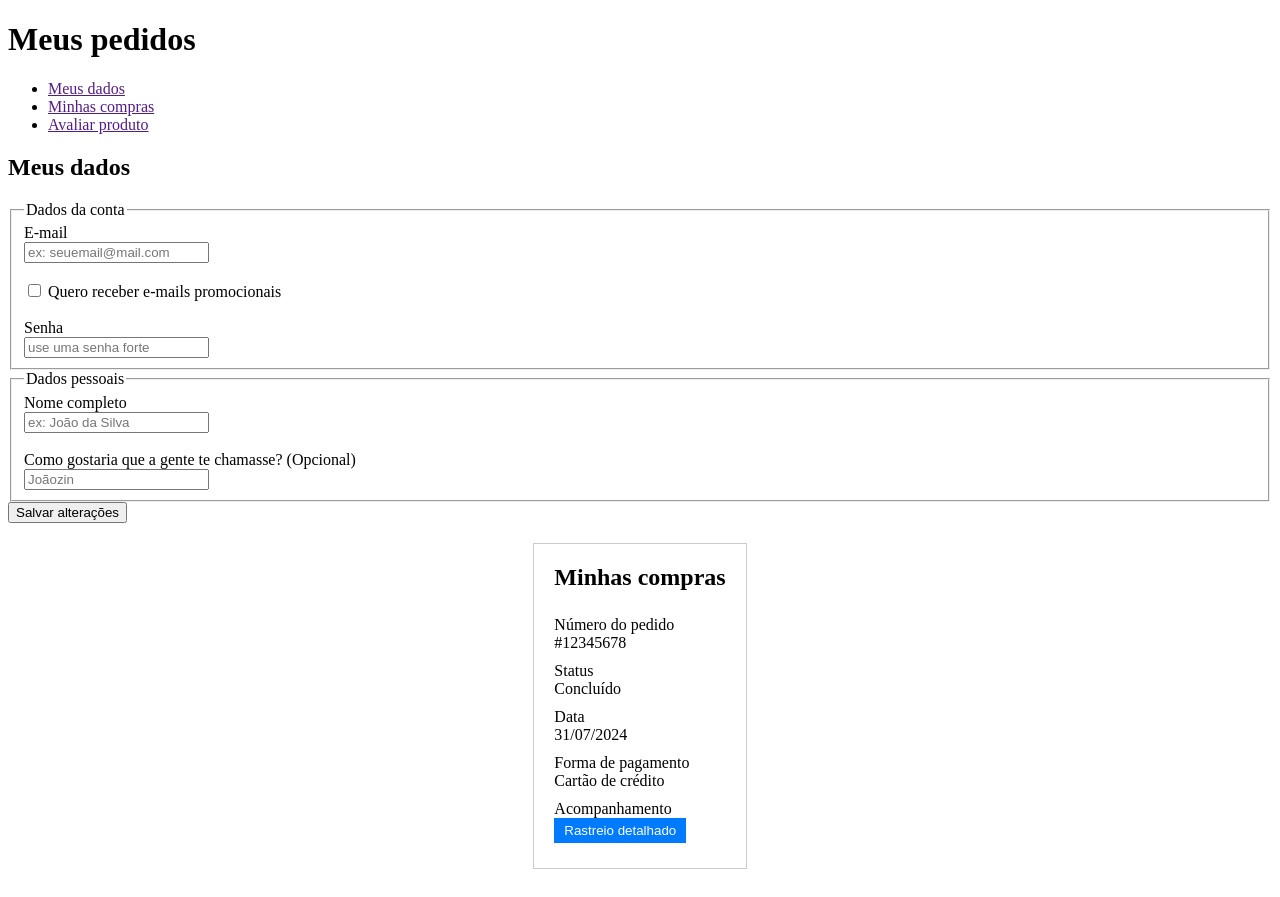
Repository: claudemir-camargo/site-compras
Page: index.html
An editor plug-in stored every save of this project. The page is shown before and after the next save, followed by the edit.
The browser window is 1280 px wide. The pictures show the whole page.

Above is the page before, as saved 2024-03-03 14:31:50.

### index.html
<!DOCTYPE html>
<html lang="en">
<head>
    <meta charset="UTF-8">
    <meta name="viewport" content="width=device-width, initial-scale=1.0">
    <link rel="stylesheet" type="text/css" href="css/style.css"/>
    <title>Site de Compras</title>
</head>
<body>
    <h1>Meus pedidos</h1>
    <ul>
        <li><a href="">Meus dados</a></li>
        <li><a href="">Minhas compras</a></li>
        <li><a href="">Avaliar produto</a></li>
    </ul>
    <h2>Meus dados</h2>
    <!-- Conta -->
    <fieldset>
        <legend>Dados da conta</legend>
        <form>
            <label>E-mail</label><br>
            <input type="email" id="email" name="email" placeholder="ex: seuemail@mail.com"><br><br>
            <input type="checkbox">
            <label>Quero receber e-mails promocionais</label><br><br>
            <label>Senha</label><br>
            <input type="password" placeholder="use uma senha forte">
        </form>
    </fieldset>
    <!-- Pessoais -->
    <fieldset>
        <legend>Dados pessoais</legend>
        <form>
            <label>Nome completo</label><br>
            <input type="text" placeholder="ex: João da Silva"><br><br>
            <label>Como gostaria que a gente te chamasse? (Opcional) </label><br>
            <input type="text" placeholder="Joãozin">
        </form>
    </fieldset>
    <button type="button">Salvar alterações</button>
    <!-- MInhas compras -->
    <div class="container">
        <div class="order-details">
            <h2>Minhas compras</h2>
            <div class="details">
                <p>Número do pedido<br>#12345678</p>
                <p>Status<br>Concluído</p>
                <p>Data<br>31/07/2024</p>
                <p>Forma de pagamento<br>Cartão de crédito</p>
                <p>Acompanhamento<br><button>Rastreio detalhado</button></p>
            </div>
        </div>
    </div>


</body>
</html>

### css/style.css
.container {
    display: flex;
    justify-content: center;
}

.order-details {
    border: 1px solid #ccc;
    padding: 20px;
    margin: 20px;
}

.order-details h2 {
    margin-top: 0;
}

.order-details fieldset {
    border: none;
    padding: 0;
    margin: 0;
}

.order-details p {
    margin: 0;
    padding: 5px 0;
}

.order-details button {
    background-color: #007bff;
    color: #fff;
    border: none;
    padding: 5px 10px;
    cursor: pointer;
}

.order-details button:hover {
    background-color: #0056b3;
}

After the next save:
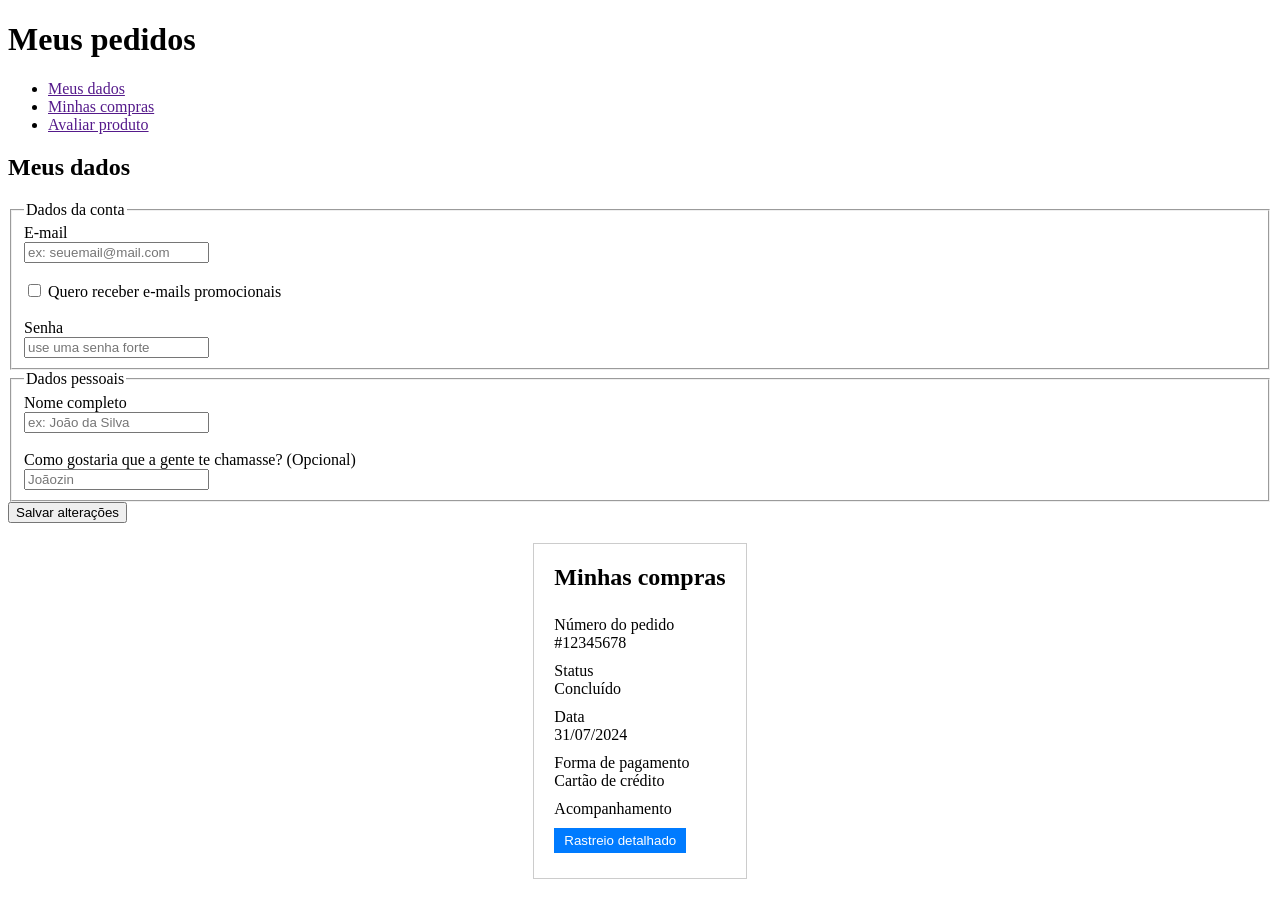
Saved 16 s later.
--- a/css/style.css
+++ b/css/style.css
@@ -13,25 +13,25 @@
     margin-top: 0;
 }
 
-.order-details fieldset {
-    border: none;
-    padding: 0;
-    margin: 0;
+.details {
+    display: flex;
+    flex-direction: column;
 }
 
-.order-details p {
+.details p {
     margin: 0;
     padding: 5px 0;
 }
 
-.order-details button {
+.details button {
     background-color: #007bff;
     color: #fff;
     border: none;
     padding: 5px 10px;
     cursor: pointer;
+    margin-top: 10px;
 }
 
-.order-details button:hover {
+.details button:hover {
     background-color: #0056b3;
 }
